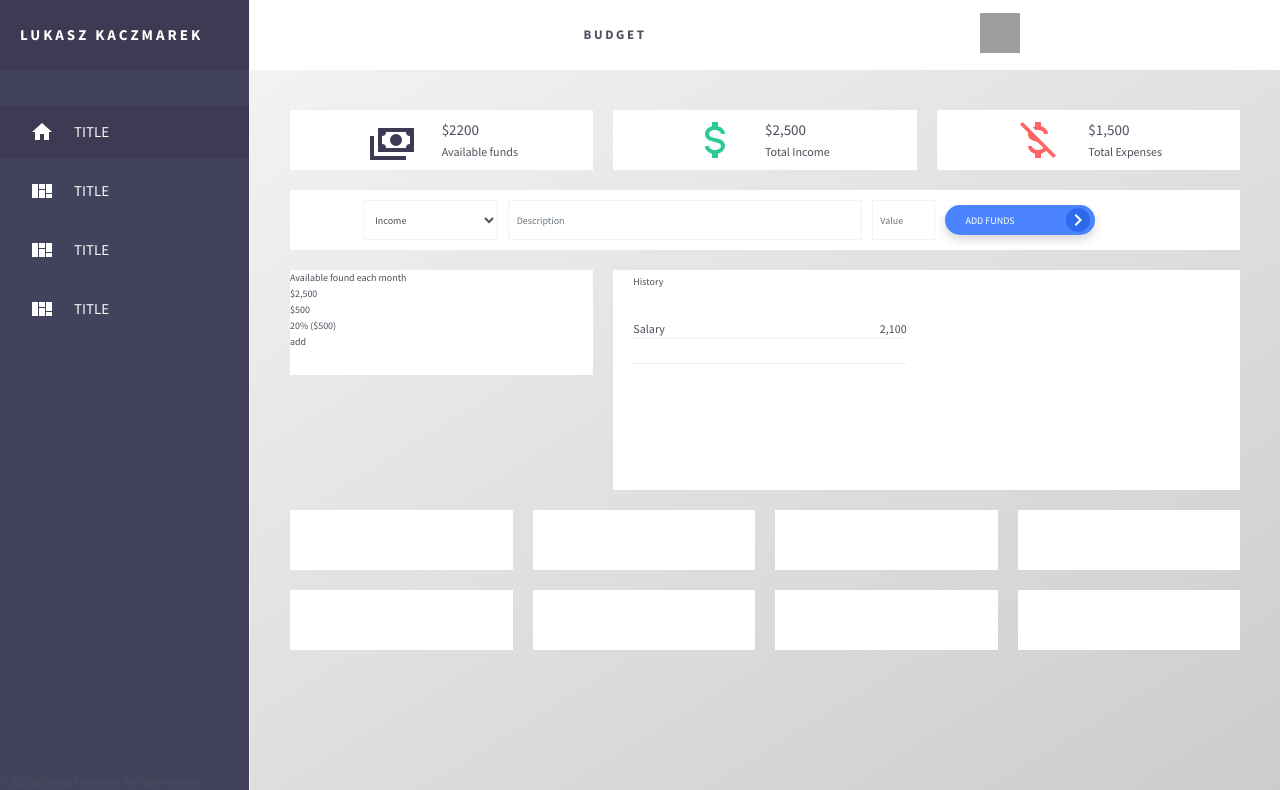
Repository: Archezi/BudgetApplication
Page: index.html
The author's editor kept a copy of each file at every save. The page is drawn from the files as they stood at one save, then again after the next save.
The browser window is 1280 px wide. The pictures show the whole page.
Pictures or frames that could not be fetched are drawn as grey boxes. The style sheet was rebuilt from its Sass, Less or Tailwind sources for each picture, by a compiler version that may differ from the author's.

Above is the page before, as saved 2018-08-30 09:51:42.
Console error: TypeError: $(...).formSelect is not a function

After the next save:
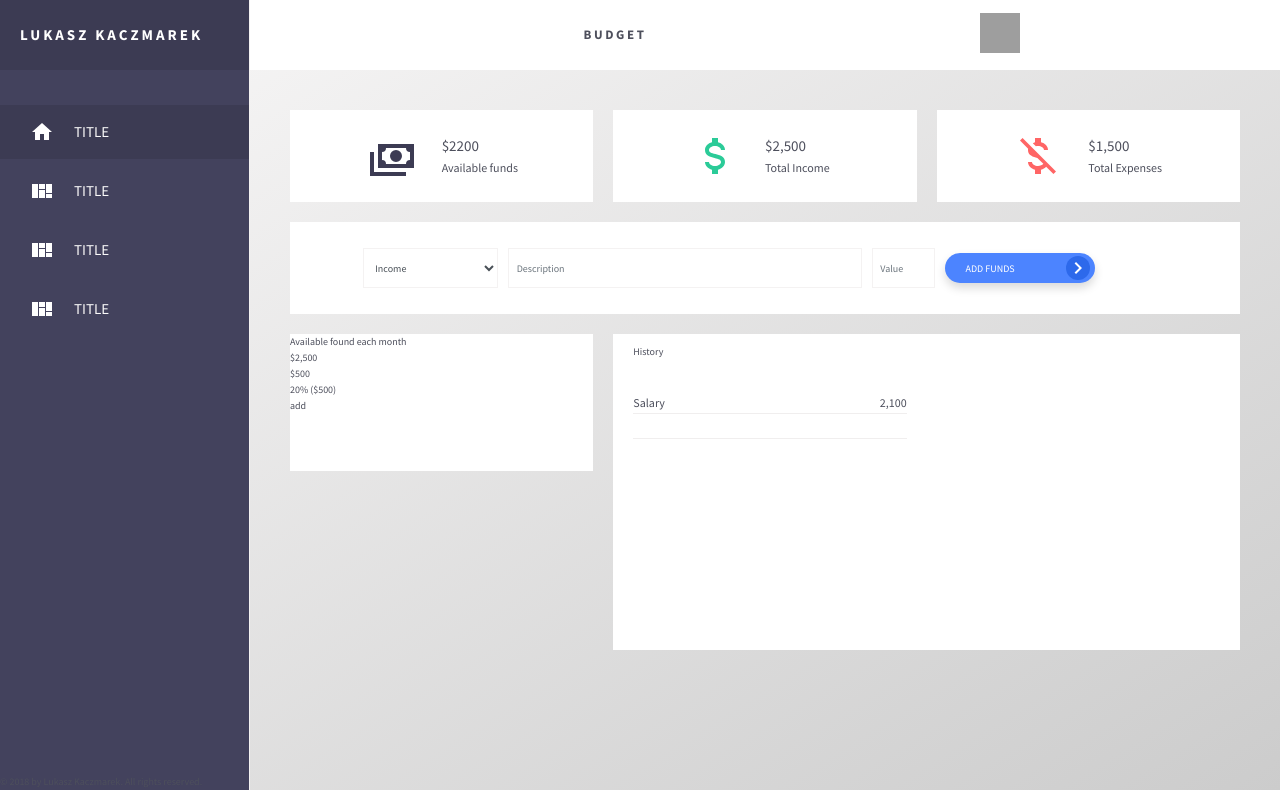
Saved 63 s later.
--- a/index.html
+++ b/index.html
@@ -162,7 +162,7 @@
                     </div>
 
                 </div>
-                <div class="statistics">
+                <!-- <div class="statistics">
                     <div class="net-profit-panel"></div>
                     <div class="tax-panel"></div>
                     <div class="savings-panel"></div>
@@ -175,7 +175,7 @@
                     <div class="savings-panel"></div>
                     <div class="projections"></div>
 
-                </div>
+                </div> -->
 
 
 
